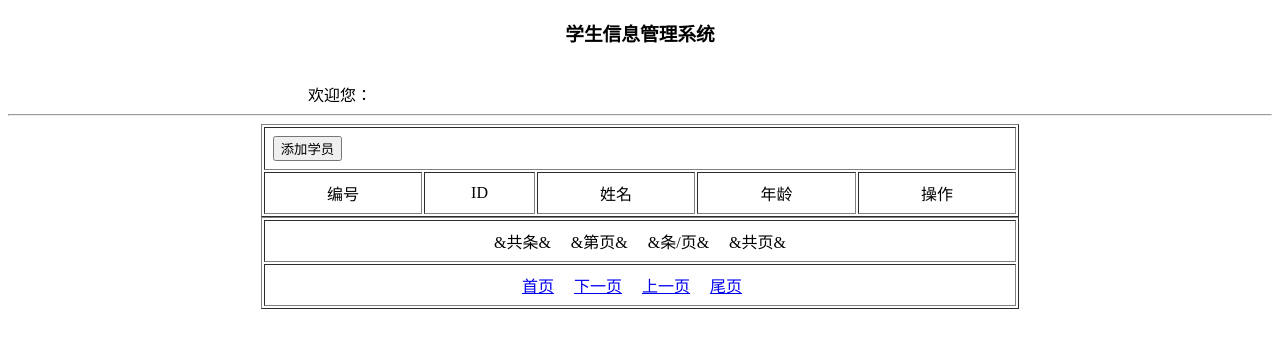
Repository: DataBoxWx/mvc_servlet_3
Page: http://localhost/mvc_2/jsp/studentlist.jsp
The author's editor kept a copy of each file at every save. The page is drawn from the files as they stood at one save, then again after the next save.
The browser window is 1280 px wide. The pictures show the whole page.
The page is served by Tomcat 9.

Above is the page before, as saved 2018-05-09 07:06:51.

After the next save:
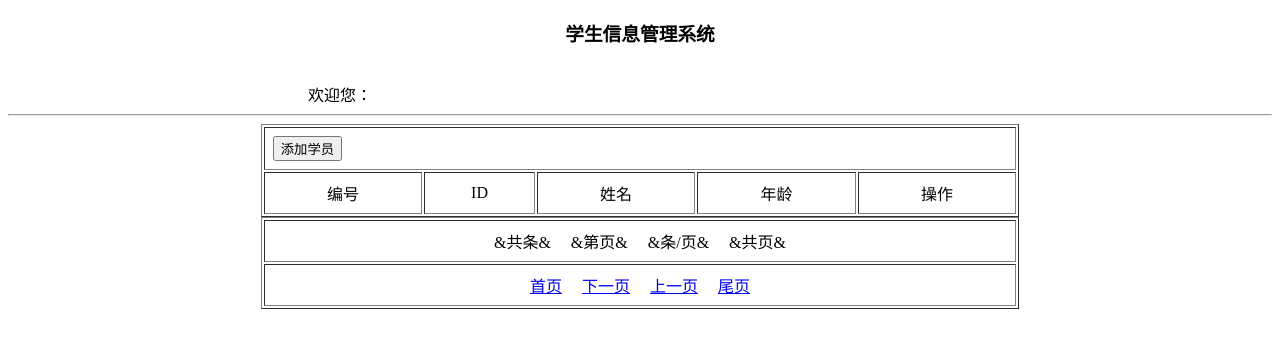
Saved 12 s later.
--- a/mvc_2/WebContent/jsp/studentlist.jsp
+++ b/mvc_2/WebContent/jsp/studentlist.jsp
@@ -50,7 +50,7 @@
 				<a href="javascript:viod(0)" id="fristPage">首页</a>&nbsp;&nbsp;&nbsp;&nbsp;
 				<a href="javascript:viod(0)" id="nextPage">下一页</a>&nbsp;&nbsp;&nbsp;&nbsp;
 				<a href="javascript:viod(0)" id="proviewsPage">上一页</a>&nbsp;&nbsp;&nbsp;&nbsp;
-				<a href="javascript:viod(0)" id="lastPage">尾页</a>&nbsp;&nbsp;&nbsp;&nbsp;
+				<a href="javascript:viod(0)" id="lastPage">尾页</a>
 			</td>
 		</tr>
 	</table>
